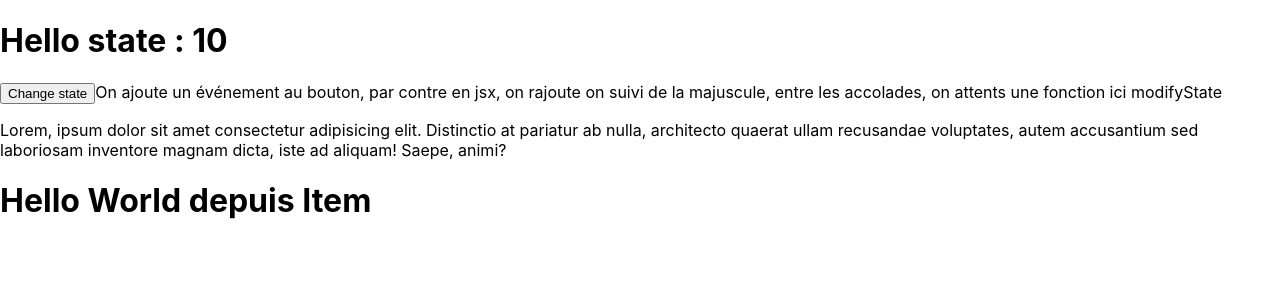
Repository: Michelhof1978/react
Page: / (app in application-react/)
An editor plug-in stored every save of this project. The page is shown before and after the next save, followed by the edit.
The browser window is 1280 px wide. The pictures show the whole page.
The project was rebuilt for these pictures with package versions that can differ from the ones it lists, and the page was loaded fresh each time.

Above is the page before, as saved 2023-05-13 11:01:30.

After the next save:
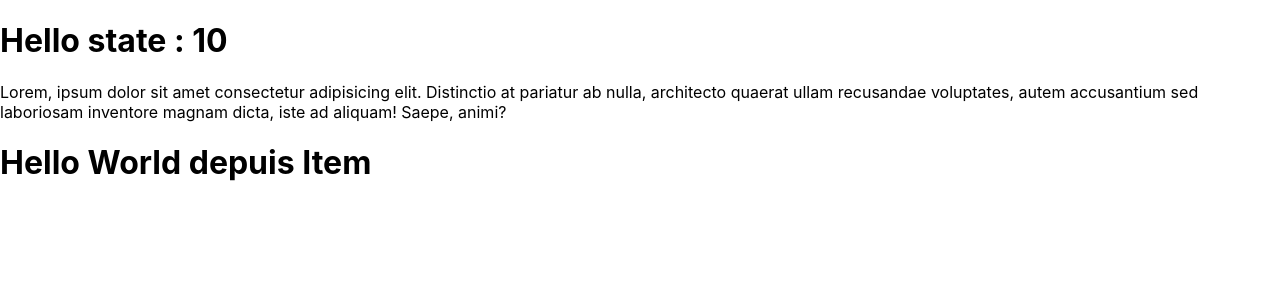
Saved 2 min 23 s later.
--- a/application-react/src/App.js
+++ b/application-react/src/App.js
@@ -29,7 +29,7 @@
     return (
      <div className="App">  {/* Ce n est pas du html mais du jsx, ici on ne mets pas class mais className pour du jsx*/}
       <h1>Hello state : {monState} </h1> {/*on affiche les données du state ds le conposant App*/}
-     <button onClick={modifyState}>Change state</button>On ajoute un événement au bouton, par contre en jsx, on rajoute on suivi de la majuscule, entre les accolades, on attents une fonction ici modifyState
+     {/* <button onClick={modifyState}>Change state</button>On ajoute un événement au bouton, par contre en jsx, on rajoute on suivi de la majuscule, entre les accolades, on attents une fonction ici modifyState */}
 
      <p>Lorem, ipsum dolor sit amet consectetur adipisicing elit. Distinctio at pariatur ab nulla, architecto quaerat ullam recusandae voluptates, autem accusantium sed laboriosam inventore magnam dicta, iste ad aliquam! Saepe, animi?</p>
       <Item />  {/*On récupére le composant Item de Item.js */}

After the save that followed:
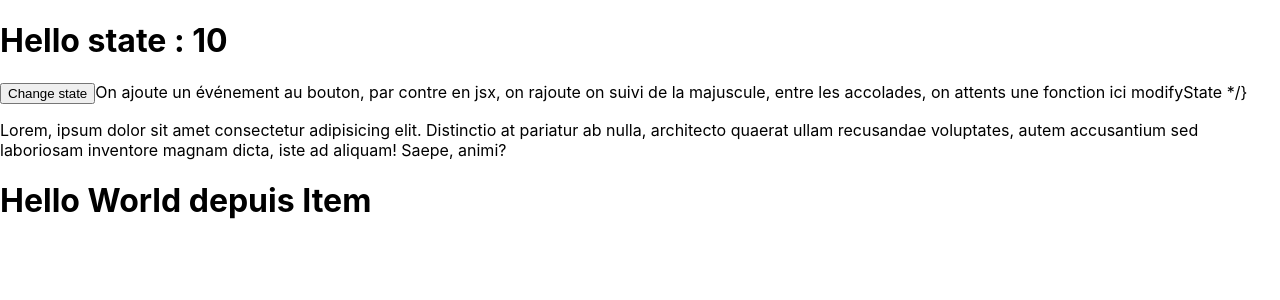
Saved 14 s later.
--- a/application-react/src/App.js
+++ b/application-react/src/App.js
@@ -29,7 +29,7 @@
     return (
      <div className="App">  {/* Ce n est pas du html mais du jsx, ici on ne mets pas class mais className pour du jsx*/}
       <h1>Hello state : {monState} </h1> {/*on affiche les données du state ds le conposant App*/}
-     {/* <button onClick={modifyState}>Change state</button>On ajoute un événement au bouton, par contre en jsx, on rajoute on suivi de la majuscule, entre les accolades, on attents une fonction ici modifyState */}
+      <button onClick={modifyState}>Change state</button>On ajoute un événement au bouton, par contre en jsx, on rajoute on suivi de la majuscule, entre les accolades, on attents une fonction ici modifyState */}
 
      <p>Lorem, ipsum dolor sit amet consectetur adipisicing elit. Distinctio at pariatur ab nulla, architecto quaerat ullam recusandae voluptates, autem accusantium sed laboriosam inventore magnam dicta, iste ad aliquam! Saepe, animi?</p>
       <Item />  {/*On récupére le composant Item de Item.js */}
